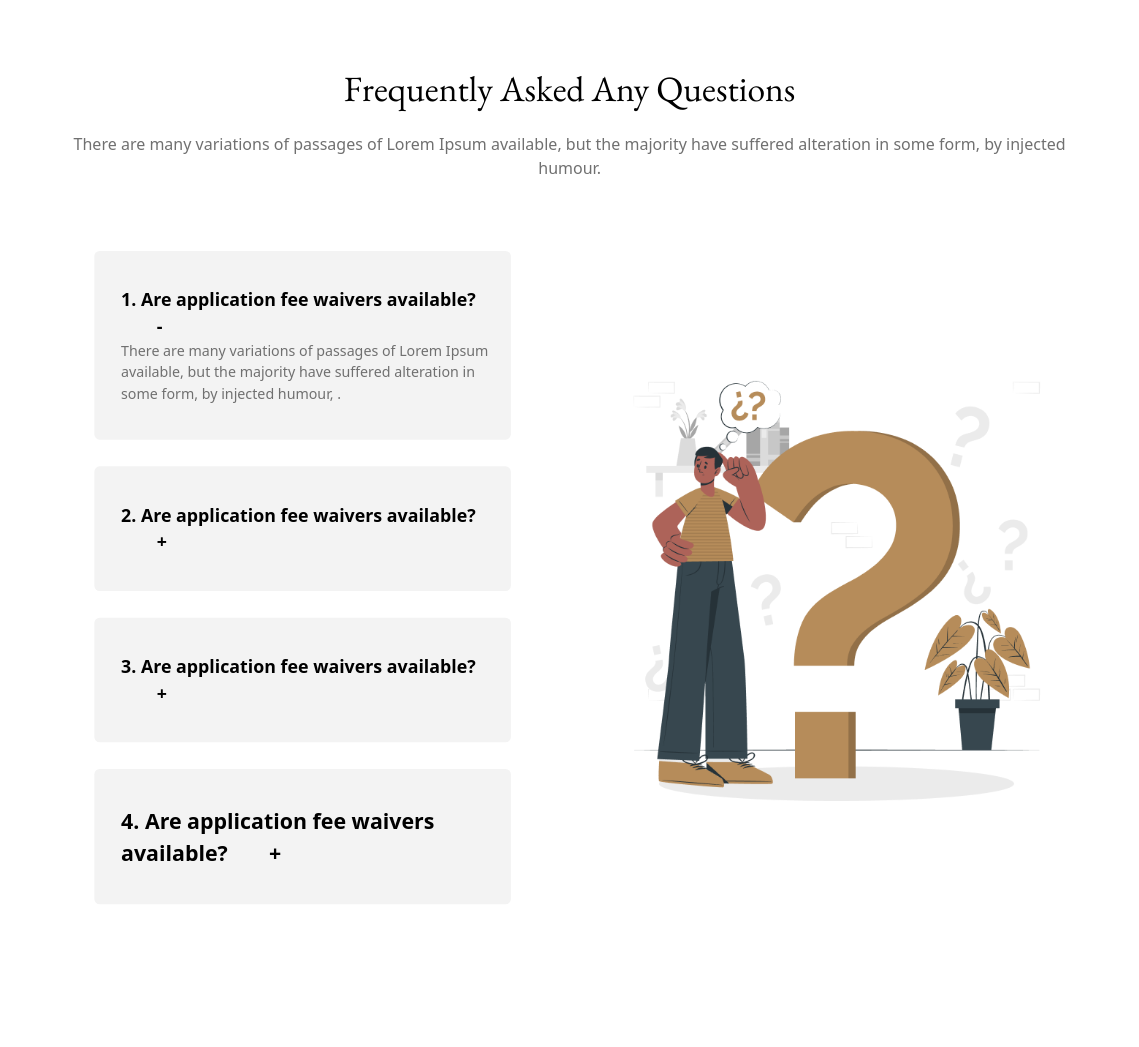
Repository: nahid-hasann/website-6
Page: index.html
These files come from the project's save history. The page is drawn as it stood at one moment and after the next save; the edit follows.
The browser window is 1280 px wide. The pictures show the whole page, at 89% of full size.

Above is the page before, as saved 2025-07-21 16:02:03.

### index.html
<!DOCTYPE html>
<html lang="en">
<head>
    <meta charset="UTF-8">
    <meta name="viewport" content="width=device-width, initial-scale=1.0">
    <script src="https://cdn.jsdelivr.net/npm/@tailwindcss/browser@4"></script>
    <title>Document</title>
    <link rel="stylesheet" href="style.css">
    <link rel="stylesheet" href="https://cdnjs.cloudflare.com/ajax/libs/font-awesome/6.7.2/css/all.min.css" integrity="sha512-Evv84Mr4kqVGRNSgIGL/F/aIDqQb7xQ2vcrdIwxfjThSH8CSR7PBEakCr51Ck+w+/U6swU2Im1vVX0SVk9ABhg==" crossorigin="anonymous" referrerpolicy="no-referrer" />
</head>
<body>

<header class="hidden">

<div class="flex mx-auto w-[1170px]  justify-between items-center my-[30px] ">
    <div>
        <img src="images/logo2.png" alt="">
    </div>
    <div>
        <ul class="flex gap-[20px] text-[#707070]">
            <li><a href="">Home</a></li>
            <li><a href="">Service<i class="fa-solid fa-angle-right ml-[10px]"></i></a></li>
            <li><a href="">Cases<i class="fa-solid fa-angle-right ml-[10px]"></i></a></li>
            <li><a href="">Blog<i class="fa-solid fa-angle-right ml-[10px]"></i></a></li>
            <li><a href="">Contact us<i class="fa-solid fa-angle-right ml-[10px]"></i></a></li>
        </ul>
    </div>
    <div>
        <button class="bg-[#b68c59] py-[12px] px-[22px] text-white rounded-md" >Free Consultation</button>
    </div>
</div>


<div class="banner-img w-[1170px] h-[550px] mx-auto  flex flex-col items-center justify-center mt-[60px] mb-[130px]">
      <div class="banner-content w-[692px]">
         <h1 class="text-[72px] text-center text-white leading-none">We Provide Effective  Legal Solutions</h1>
       <p class="my-[30px] text-center  text-[#E7E7E7]">There are many variations of passages of Lorem Ipsum available, but the majority have suffered alteration in some form, by injected humour.</p>
       <div class="flex justify-center gap-[40px]">
        <input class="bg-white py-[12px] px-[30px] pr-[70px] w-[500px] rounded-md" type="text" name="" placeholder="Search your services" id="">
        <button class="bg-[#b68c59] py-[12px] px-[22px] text-white rounded-md" >Search</button>
       </div>
      </div>
</div>


</header>


<main>
    <section class="card-section xl:w-[1170px] mx-auto lg:mb-[130px] hidden">
        <div class="card-content">
            <h1 class="eb-garamond-ok text-[40px] text-center ">The Legal Practice Area</h1>
            <p class="text-center text-[#707070] my-[20px]">There are many variations of passages of Lorem Ipsum available, but the majority have <br> suffered alteration in some form, by injected humour.</p>
        </div>

        <div class="card-div mt-[100px] grid grid-cols-3">
            <div class="card py-[70px]  border-r border-[#E7E7E7]  border-b  flex flex-col items-center justify-center text-center">
                  <img src="images/business.png" alt="">
                  <h1 class="text-[32px] my-[15px]">Business Law</h1>
                  <p class="text-[#707070] w-[258px] mb-[15px]">There are many variations of passages of Lorem Ipsum available, but the majority have suffered alteration in some form, by injected humour.</p>
                  <img src="images/Frame.png" alt="">
            </div>

             <div class="card bg-[linear-gradient(to_bottom,_#f3f3f3,_#ffffff)]   py-[70px] border-[#E7E7E7] border-r border-b flex flex-col items-center justify-center text-center">
                  <img src="images/criminal.png" alt="">
                  <h1 class="text-[32px] my-[15px]">Criminal Law</h1>
                  <p class="text-[#707070] w-[258px] mb-[15px]">There are many variations of passages of Lorem Ipsum available, but the majority have suffered alteration in some form, by injected humour.</p>
                  <img src="images/Frame.png" alt="">
            </div>

             <div class="card  py-[70px] border-[#E7E7E7] border-b flex flex-col items-center justify-center text-center">
                  <img src="images/child.png" alt="">
                  <h1 class="text-[32px] my-[15px]">Child Support</h1>
                  <p class="text-[#707070] w-[258px] mb-[15px]">There are many variations of passages of Lorem Ipsum available, but the majority have suffered alteration in some form, by injected humour.</p>
                  <img src="images/Frame.png" alt="">
            </div>

             <div class="card border-r border-[#E7E7E7]  py-[70px] flex flex-col items-center justify-center text-center">
                  <img src="images/education.png" alt="">
                  <h1 class="text-[32px] my-[15px]">Education Law</h1>
                  <p class="text-[#707070] w-[258px] mb-[15px]">There are many variations of passages of Lorem Ipsum available, but the majority have suffered alteration in some form, by injected humour.</p>
                  <img src="images/Frame.png" alt="">
            </div>

             <div class="card border-r border-[#E7E7E7]  py-[70px] flex flex-col items-center justify-center text-center">
                  <img src="images/divorce.png" alt="">
                  <h1 class="text-[32px] my-[15px]">Divorce Law</h1>
                  <p class="text-[#707070] w-[258px] mb-[15px]">There are many variations of passages of Lorem Ipsum available, but the majority have suffered alteration in some form, by injected humour.</p>
                  <img src="images/Frame.png" alt="">
            </div>

             <div class="card  py-[70px] flex flex-col items-center justify-center text-center">
                  <img src="images/tax.png" alt="">
                  <h1 class="text-[32px] my-[15px]">Tax Law</h1>
                  <p class="text-[#707070] w-[258px] mb-[15px]">There are many variations of passages of Lorem Ipsum available, but the majority have suffered alteration in some form, by injected humour.</p>
                  <img src="images/Frame.png" alt="">
            </div>
        </div>
    </section>

    <section class="question-section lg:mb-[130px] xl:w-[1170px] sm:my-[70px] mx-auto">
         <h1 class="eb-garamond-ok xl:text-[40px] lg:text-[30px] sm:text-[25px] text-center">Frequently Asked Any Questions</h1>
         <p class="xl:text-[18px] text-center text-[#707070] mt-[18px] sm:text-[13px] sm:px-[20px] mb-[40px]">There are many variations of passages of Lorem Ipsum available, but the majority have suffered alteration in some form, by injected humour.</p>

         <div class="ques-img lg:flex lg:justify-around lg:items-center lg:gap-[30px] lg:mt-[80px] ">
             <div class="lg:w-[40%]">
                 <div class=" bg-[#f3f3f3] pl-[30px] py-[40px] rounded-md mb-[30px]">
                    <h1 class="lg:text-[20px] font-extrabold">1. Are application fee waivers available? <span class="ml-[40px]">-</span> </h1>
                    <p class="text-[#707070]">There are many variations of passages of Lorem Ipsum available, but the majority have suffered alteration in some form, by injected humour, . </p>
                 </div>
                 <div class=" bg-[#f3f3f3] pl-[30px] py-[40px] rounded-md mb-[30px]">
                    <h1 class="lg:text-[20px] font-extrabold">2. Are application fee waivers available? <span class="ml-[40px]">+</span> </h1>
                 </div>
                 <div class=" bg-[#f3f3f3] pl-[30px] py-[40px] rounded-md mb-[30px]">
                    <h1 class="lg:text-[20px] font-extrabold">3. Are application fee waivers available? <span class="ml-[40px]">+</span> </h1>
                 </div>
                 <div class=" bg-[#f3f3f3] pl-[30px] py-[40px] rounded-md mb-[30px]">
                    <h1 class="lg:text-[24px] font-extrabold">4. Are application fee waivers available? <span class="ml-[40px]">+</span> </h1>
                 </div>
             </div>
             <div class="lg:w-[40%]">
                <img src="images/faq.png" alt="" class="max-w-full">
             </div>
         </div>
    </section>
</main>





</body>
</html>

### style.css
@import url('https://fonts.googleapis.com/css2?family=EB+Garamond:ital,wght@0,400..800;1,400..800&display=swap');


.eb-garamond-ok {
  font-family: "EB Garamond", serif;
  font-optical-sizing: auto;
  font-style: normal;
}


.banner-img{
    background-image: linear-gradient(rgba(0, 0, 0, 0.5), rgba(0, 0, 0, 0.5)), url('images/banner.png');
}

After the next save:
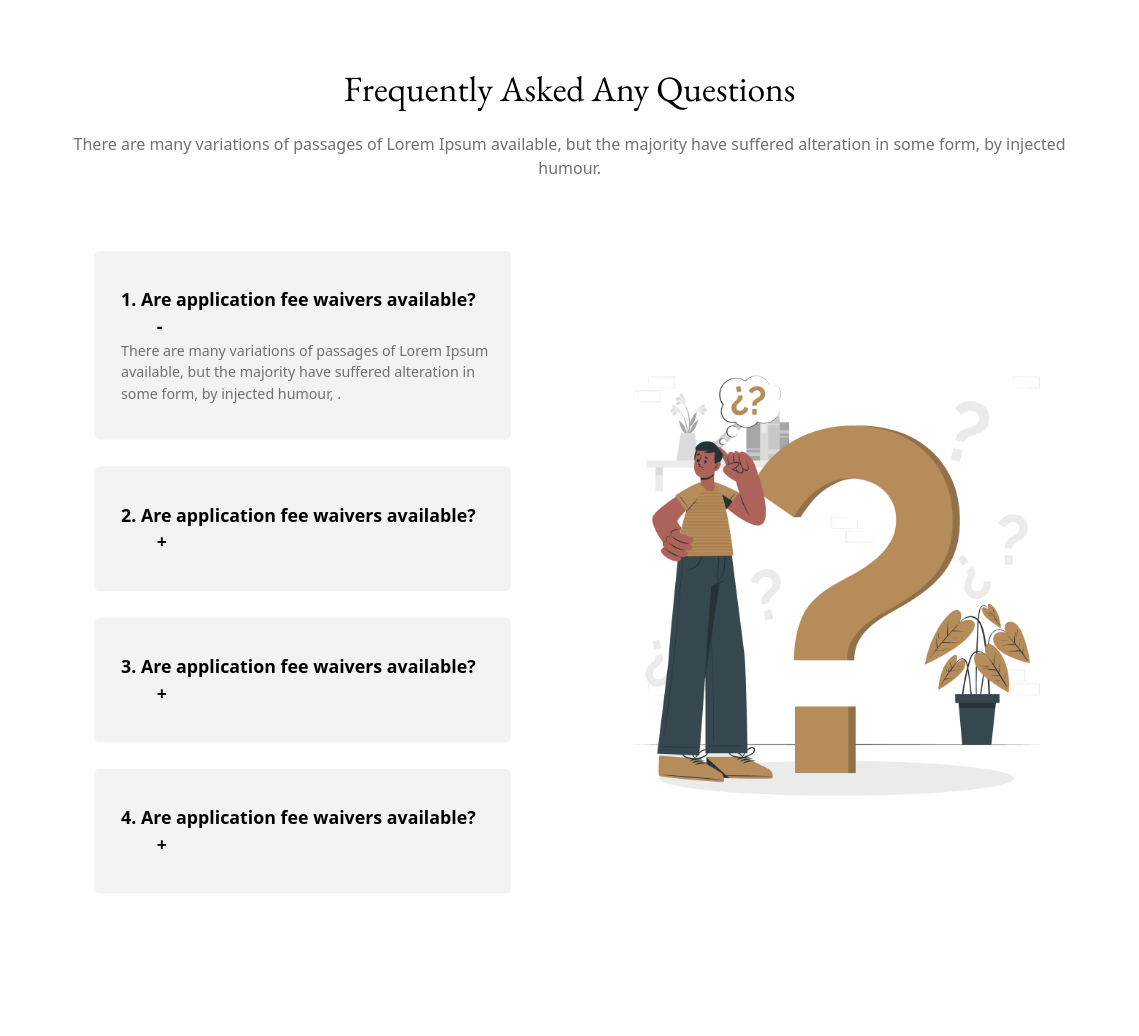
Saved 5 s later.
--- a/index.html
+++ b/index.html
@@ -115,7 +115,7 @@
                     <h1 class="lg:text-[20px] font-extrabold">3. Are application fee waivers available? <span class="ml-[40px]">+</span> </h1>
                  </div>
                  <div class=" bg-[#f3f3f3] pl-[30px] py-[40px] rounded-md mb-[30px]">
-                    <h1 class="lg:text-[24px] font-extrabold">4. Are application fee waivers available? <span class="ml-[40px]">+</span> </h1>
+                    <h1 class="lg:text-[20px] font-extrabold">4. Are application fee waivers available? <span class="ml-[40px]">+</span> </h1>
                  </div>
              </div>
              <div class="lg:w-[40%]">
